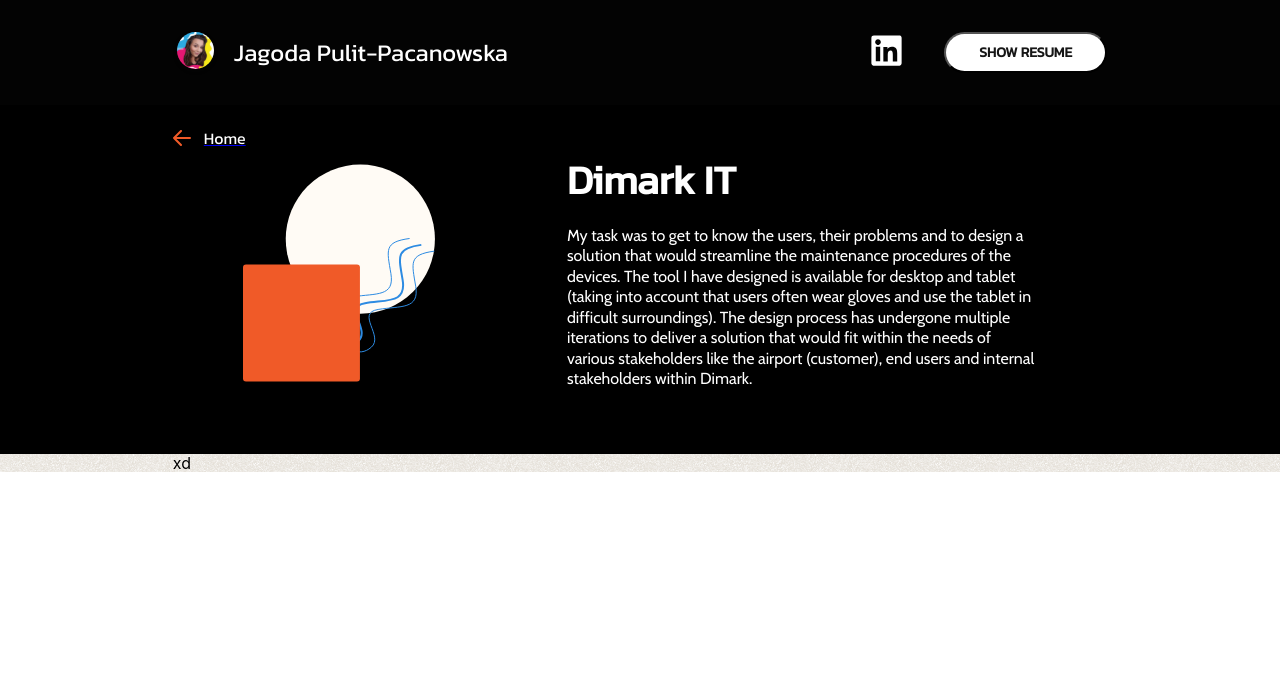
Repository: remigiuszpulit/ux-ui-portfolio
Page: /dimarkit
These files come from the project's save history. The page is drawn as it stood at one moment and after the next save; the edit follows.
The browser window is 1280 px wide. The pictures show the whole page.
The project was rebuilt for these pictures with package versions that can differ from the ones it lists, and the page was loaded fresh each time. Also part of the build but not shown: src/components/Card.js, src/pages/index.js.

Above is the page before, as saved 2022-10-03 21:49:45.

### public/index.html
<!DOCTYPE html>
<html lang="en">
  <head>
    <meta charset="utf-8" />
    <link rel="icon" href="%PUBLIC_URL%/avatar.svg" />
    <meta name="viewport" content="width=device-width, initial-scale=1" />
    <meta name="theme-color" content="#000000" />
    <meta
      name="description"
      content="Web site created using create-react-app"
    />
    <link rel="apple-touch-icon" href="%PUBLIC_URL%/avatar.svg" />
    <!--
      manifest.json provides metadata used when your web app is installed on a
      user's mobile device or desktop. See https://developers.google.com/web/fundamentals/web-app-manifest/
    -->
    <link rel="manifest" href="%PUBLIC_URL%/manifest.json" />
    <!--
      Notice the use of %PUBLIC_URL% in the tags above.
      It will be replaced with the URL of the `public` folder during the build.
      Only files inside the `public` folder can be referenced from the HTML.

      Unlike "/favicon.ico" or "favicon.ico", "%PUBLIC_URL%/favicon.ico" will
      work correctly both with client-side routing and a non-root public URL.
      Learn how to configure a non-root public URL by running `npm run build`.
    -->
    <title>Jagoda Pulit UX/UI Portfolio</title>
  </head>
  <body>
    <noscript>You need to enable JavaScript to run this app.</noscript>
    <div id="root"></div>
    <!--
      This HTML file is a template.
      If you open it directly in the browser, you will see an empty page.

      You can add webfonts, meta tags, or analytics to this file.
      The build step will place the bundled scripts into the <body> tag.

      To begin the development, run `npm start` or `yarn start`.
      To create a production bundle, use `npm run build` or `yarn build`.
    -->
  </body>
</html>

### src/index.js
import React from "react";
import ReactDOM from "react-dom/client";
import "./index.css";
import App from "./App";
import reportWebVitals from "./reportWebVitals";

const root = ReactDOM.createRoot(document.getElementById("root"));
root.render(
  // <React.StrictMode>
  <App />
  // </React.StrictMode> */
);

// If you want to start measuring performance in your app, pass a function
// to log results (for example: reportWebVitals(console.log))
// or send to an analytics endpoint. Learn more: https://bit.ly/CRA-vitals
reportWebVitals();

### src/App.js
import { BrowserRouter, Routes, Route, useLocation } from "react-router-dom";
import Navbar from "./components/Navbar";
import GlobalStyle from "./globalStyles";
import Index from "./pages";
import Dimark from "./pages/dimark";

function App() {
  return (
    <>
      <GlobalStyle />
      <BrowserRouter>
        <Navbar />
        <Routes>
          <Route path="/" element={<Index />} />
          <Route path="/dimarkit" element={<Dimark />} />
        </Routes>
      </BrowserRouter>
    </>
  );
}

export default App;

### src/components/Navbar.js
import React from "react";
import styled from "styled-components";
import avatar from "../static/avatar.svg";
import LinkedinIcon from "../static/LinkedinIcon.svg";
import LinkedinIconWhite from "../static/LinkedinIconWhite.svg";
import "@fontsource/kanit";
import { useLocation } from "react-router-dom";

function Navbar() {
  const location = useLocation();
  const isLight = location.pathname != "/";
  return (
    <NavContainer>
      <NavWrapper>
        <ItemsWrapper>
          <img src={avatar} alt="Avatar" />
          <LogoText isLight={isLight}>Jagoda Pulit-Pacanowska</LogoText>
        </ItemsWrapper>
        <ItemsWrapper>
          <a
            href="https://www.linkedin.com/in/jagoda-pulit/"
            target={"_blank"}
            rel="noreferrer"
          >
            <img
              src={isLight ? LinkedinIconWhite : LinkedinIcon}
              alt="LinkedinIcon"
            />
          </a>
          <ResumeButton isLight={isLight}>
            <ResumeButtonText isLight={isLight}>show resume</ResumeButtonText>
          </ResumeButton>
        </ItemsWrapper>
      </NavWrapper>
    </NavContainer>
  );
}

export default Navbar;

const NavContainer = styled.nav`
  height: 105px;
  background: rgba(232, 228, 222, 0.01);
  backdrop-filter: blur(3px);
  position: fixed;
  display: flex;
  width: 100%;
  justify-content: center;
`;

const NavWrapper = styled.div`
  width: 73%;
  display: flex;
  justify-content: center;
  align-items: center;
  flex-direction: column;
  @media (min-width: 768px) {
    justify-content: space-between;
    flex-direction: row;
    width: 73%;
  }
`;
const ItemsWrapper = styled.div`
  display: flex;
  align-items: center;
`;
const LogoText = styled.h3`
  margin-left: 16px;
  font-family: "Kanit";
  font-style: normal;
  font-weight: 500;
  font-size: 16px;
  @media (min-width: 768px) {
    font-size: 24px;
  }
  line-height: 124%;
  color: #161616;
  ${({ isLight }) =>
    isLight &&
    `
    color: white;
  `}
`;

const ResumeButton = styled.button`
  display: flex;
  flex-direction: row;
  width: 163px;
  height: 41px;
  justify-content: center;
  margin-left: 42px;
  align-items: center;
  padding: 10px;
  background: #161616;
  border-radius: 159px;
  ${({ isLight }) =>
    isLight &&
    `
    background: white;
  `}
`;

const ResumeButtonText = styled.h4`
  font-family: "Kanit";
  font-style: normal;
  font-weight: 600;
  font-size: 14px;
  line-height: 21px;
  /* identical to box height */

  text-transform: uppercase;

  color: #ffffff;

  /* Inside auto layout */
  ${({ isLight }) =>
    isLight &&
    `
    color: #161616;
  `}

  flex: none;
  order: 0;
  flex-grow: 0;
`;

### src/globalStyles.js
import { createGlobalStyle } from "styled-components";

const GlobalStyle = createGlobalStyle`
  /*! normalize.css v8.0.1 | MIT License | github.com/necolas/normalize.css */

/* Document
   ========================================================================== */

/**
 * 1. Correct the line height in all browsers.
 * 2. Prevent adjustments of font size after orientation changes in iOS.
 */

html {
  line-height: 1.15; /* 1 */
  -webkit-text-size-adjust: 100%; /* 2 */
}

/* Sections
   ========================================================================== */

/**
 * Remove the margin in all browsers.
 */

body {
  margin: 0;
}


main {
  display: block;
}


h1 {
  font-size: 2em;
  margin: 0.67em 0;
}

/* Grouping content
   ========================================================================== */

/**
 * 1. Add the correct box sizing in Firefox.
 * 2. Show the overflow in Edge and IE.
 */

hr {
  box-sizing: content-box; /* 1 */
  height: 0; /* 1 */
  overflow: visible; /* 2 */
}



pre {
  font-family: monospace, monospace; /* 1 */
  font-size: 1em; /* 2 */
}

/* Text-level semantics
   ========================================================================== */

/**
 * Remove the gray background on active links in IE 10.
 */

a {
  background-color: transparent;
}

/**
 * 1. Remove the bottom border in Chrome 57-
 * 2. Add the correct text decoration in Chrome, Edge, IE, Opera, and Safari.
 */

abbr[title] {
  border-bottom: none; /* 1 */
  text-decoration: underline; /* 2 */
  text-decoration: underline dotted; /* 2 */
}

/**
 * Add the correct font weight in Chrome, Edge, and Safari.
 */

b,
strong {
  font-weight: bolder;
}


code,
kbd,
samp {
  font-family: monospace, monospace; /* 1 */
  font-size: 1em; /* 2 */
}

/**
 * Add the correct font size in all browsers.
 */

small {
  font-size: 80%;
}



sub,
sup {
  font-size: 75%;
  line-height: 0;
  position: relative;
  vertical-align: baseline;
}

sub {
  bottom: -0.25em;
}

sup {
  top: -0.5em;
}

/* Embedded content
   ========================================================================== */

/**
 * Remove the border on images inside links in IE 10.
 */

img {
  border-style: none;
}

/* Forms
   ========================================================================== */

/**
 * 1. Change the font styles in all browsers.
 * 2. Remove the margin in Firefox and Safari.
 */

button,
input,
optgroup,
select,
textarea {
  font-family: inherit; /* 1 */
  font-size: 100%; /* 1 */
  line-height: 1.15; /* 1 */
  margin: 0; /* 2 */
}

/**
 * Show the overflow in IE.
 * 1. Show the overflow in Edge.
 */

button,
input { /* 1 */
  overflow: visible;
}

/**
 * Remove the inheritance of text transform in Edge, Firefox, and IE.
 * 1. Remove the inheritance of text transform in Firefox.
 */

button,
select { /* 1 */
  text-transform: none;
}

/**
 * Correct the inability to style clickable types in iOS and Safari.
 */

button,
[type="button"],
[type="reset"],
[type="submit"] {
  -webkit-appearance: button;
}

/**
 * Remove the inner border and padding in Firefox.
 */

button::-moz-focus-inner,
[type="button"]::-moz-focus-inner,
[type="reset"]::-moz-focus-inner,
[type="submit"]::-moz-focus-inner {
  border-style: none;
  padding: 0;
}

/**
 * Restore the focus styles unset by the previous rule.
 */

button:-moz-focusring,
[type="button"]:-moz-focusring,
[type="reset"]:-moz-focusring,
[type="submit"]:-moz-focusring {
  outline: 1px dotted ButtonText;
}

/**
 * Correct the padding in Firefox.
 */

fieldset {
  padding: 0.35em 0.75em 0.625em;
}



legend {
  box-sizing: border-box; /* 1 */
  color: inherit; /* 2 */
  display: table; /* 1 */
  max-width: 100%; /* 1 */
  padding: 0; /* 3 */
  white-space: normal; /* 1 */
}

/**
 * Add the correct vertical alignment in Chrome, Firefox, and Opera.
 */

progress {
  vertical-align: baseline;
}

/**
 * Remove the default vertical scrollbar in IE 10+.
 */

textarea {
  overflow: auto;
}

/**
 * 1. Add the correct box sizing in IE 10.
 * 2. Remove the padding in IE 10.
 */

[type="checkbox"],
[type="radio"] {
  box-sizing: border-box; /* 1 */
  padding: 0; /* 2 */
}

/**
 * Correct the cursor style of increment and decrement buttons in Chrome.
 */

[type="number"]::-webkit-inner-spin-button,
[type="number"]::-webkit-outer-spin-button {
  height: auto;
}

/**
 * 1. Correct the odd appearance in Chrome and Safari.
 * 2. Correct the outline style in Safari.
 */

[type="search"] {
  -webkit-appearance: textfield; /* 1 */
  outline-offset: -2px; /* 2 */
}

/**
 * Remove the inner padding in Chrome and Safari on macOS.
 */

[type="search"]::-webkit-search-decoration {
  -webkit-appearance: none;
}



::-webkit-file-upload-button {
  -webkit-appearance: button; /* 1 */
  font: inherit; /* 2 */
}

/* Interactive
   ========================================================================== */

/*
 * Add the correct display in Edge, IE 10+, and Firefox.
 */

details {
  display: block;
}

/*
 * Add the correct display in all browsers.
 */

summary {
  display: list-item;
}

/* Misc
   ========================================================================== */

/**
 * Add the correct display in IE 10+.
 */

template {
  display: none;
}

/**
 * Add the correct display in IE 10.
 */

[hidden] {
  display: none;
}

`;

export default GlobalStyle;

### src/pages/dimark.js
import React from "react";
import styled from "styled-components";
import grafika_dimark from "../static/grafika_dimark.svg";
import BackgroundLight from "../static/BackgroundLight.png";
import PageLayout from "../components/PageLayout";

const headParagraph =
  "My task was to get to know the users, their problems and to design a solution that would streamline the maintenance procedures of the devices. The tool I have designed is available for desktop and tablet (taking into account that users often wear gloves and use the tablet in difficult surroundings). The design process has undergone multiple iterations to deliver a solution that would fit within the needs of various stakeholders like the airport (customer), end users and internal stakeholders within Dimark.";

function Dimark(props) {
  return (
    <>
      <PageLayout
        color={"#F05A28"}
        logo={grafika_dimark}
        head={"Dimark IT"}
        par={headParagraph}
      >
        xd
      </PageLayout>
    </>
  );
}

export default Dimark;
const Page = styled.div`
  display: flex;
  justify-content: center;
  background-image: url(${BackgroundLight});
`;

const Container = styled.div`
  width: 73%;
`;

### src/components/PageLayout.js
import React from "react";
import styled from "styled-components";
import BackgroundLight from "../static/BackgroundLight.png";
import PageHead from "../components/PageHead";

function PageLayout({ color, logo, head, par, children }) {
  return (
    <>
      <PageHead color={color} logo={logo} head={head} par={par} />
      <Page>
        <Container>{children}</Container>
      </Page>
    </>
  );
}

export default PageLayout;
const Page = styled.div`
  display: flex;
  justify-content: center;
  background-image: url(${BackgroundLight});
`;

const Container = styled.div`
  width: 73%;
`;

### src/components/PageHead.js
import React from "react";
import { Link } from "react-router-dom";
import styled from "styled-components";
import ArrowLeft from "./ArrowLeft";

function PageHead({ color, logo, head, par }) {
  return (
    <Container>
      <Wrapper>
        <BackLink to={"/"}>
          <ArrowLeft color={color} />
          <BackLinkText>Home</BackLinkText>
        </BackLink>
        <HeadContainer>
          <HeadWrapper>
            <ImageContainer src={logo} />
            <TextContainer>
              <HeadText>{head}</HeadText>
              <HeadPar>{par}</HeadPar>
            </TextContainer>
          </HeadWrapper>
        </HeadContainer>
      </Wrapper>
    </Container>
  );
}

export default PageHead;

const Container = styled.div`
  display: flex;
  justify-content: center;

  background-color: black;
  padding-top: 150px;
  @media (min-width: 768px) {
    padding-top: 105px;
  }
`;

const Wrapper = styled.div`
  padding-top: 21px;
  width: 73%;
  display: flex;
  flex-direction: column;
`;

const BackLink = styled(Link)`
  display: flex;
  align-items: center;
`;

const BackLinkText = styled.span`
  font-family: "Kanit";
  font-style: normal;
  font-weight: 300;
  font-size: 16px;
  line-height: 24px;
  text-decoration: none;
  margin-left: 13px;
  /* identical to box height */

  color: #ffffff;
`;

const HeadContainer = styled.div`
  display: flex;
  justify-content: center;
`;

const HeadWrapper = styled.div`
  width: 100%;
  display: flex;
  flex-direction: column-reverse;
  gap: 20px;
  margin-bottom: 24px;

  @media (min-width: 992px) {
    width: 85%;
    flex-direction: row;
    justify-content: center;
    gap: 100px;
    margin-bottom: 48px;
  }
`;

const ImageContainer = styled.img`
  max-height: 250px;
`;

const TextContainer = styled.div`
  display: flex;
  flex-direction: column;
  align-items: flex-start;
`;

const HeadText = styled.h1`
  font-family: "Kanit";
  font-style: normal;
  font-weight: 700;
  font-size: 40px;
  margin: unset;
  line-height: 60px;
  /* identical to box height */

  text-align: center;

  color: #ffffff;
`;

const HeadPar = styled.p`
  font-family: "Cabin";
  font-style: normal;
  font-weight: 500;
  font-size: 16px;
  line-height: 128%;
  max-width: 670px;
  /* or 20px */

  color: #ffffff;
`;

### src/components/ArrowLeft.js
import React from "react";

function ArrowLeft({ color }) {
  return (
    <svg
      width="18"
      height="16"
      viewBox="0 0 18 16"
      fill="none"
      xmlns="http://www.w3.org/2000/svg"
    >
      <path
        d="M1 8L17 8M8 1L1 8L8 15"
        stroke={`${color}`}
        stroke-width="2"
        stroke-linecap="round"
        stroke-linejoin="round"
      />
    </svg>
  );
}

export default ArrowLeft;

### src/components/Footer.js
import React from "react";
import styled from "styled-components";
import ArrowUp from "./ArrowUp";

function Footer({ color }) {
  return (
    <Container>
      <Wrapper>
        <Text>
          If you want to get to know more about the details of the processes I
          have designed or want to find out about other projects I have been
          working on, feel free to reach out to me, I’ll be happy to tell you
          more ;)
        </Text>
        <Button>
          <ArrowUp color={color} />
          <ButtonText>Back to top</ButtonText>
        </Button>
      </Wrapper>
    </Container>
  );
}

export default Footer;

const Container = styled.div`
  background: #161616;
  padding-top: 64px;
`;

const Wrapper = styled.div`
  width: 73%;
  display: flex;
  flex-direction: column;
`;

const Text = styled.p`
  font-family: "Cabin";
  font-style: normal;
  font-weight: 500;
  font-size: 16px;
  line-height: 128%;
  /* or 20px */

  color: #ffffff;
`;

const Button = styled.button`
  background: none;
  border: none;
  display: flex;
`;

const ButtonText = styled.span`
  font-family: "Kanit";
  font-style: normal;
  font-weight: 600;
  font-size: 20px;
  line-height: 30px;
  /* identical to box height */

  color: #ffffff;
`;

### src/components/ArrowUp.js
import React from "react";

function ArrowUp({ color }) {
  return (
    <svg
      width="24"
      height="24"
      viewBox="0 0 24 24"
      fill="none"
      xmlns="http://www.w3.org/2000/svg"
    >
      <path
        d="M12 4L12 20M19 11L12 4L5 11"
        stroke={`${color}`}
        stroke-width="2"
        stroke-linecap="round"
        stroke-linejoin="round"
      />
    </svg>
  );
}

export default ArrowUp;

Loaded but not shown: src/index.css (common file); src/reportWebVitals.js (common file)

After the next save:
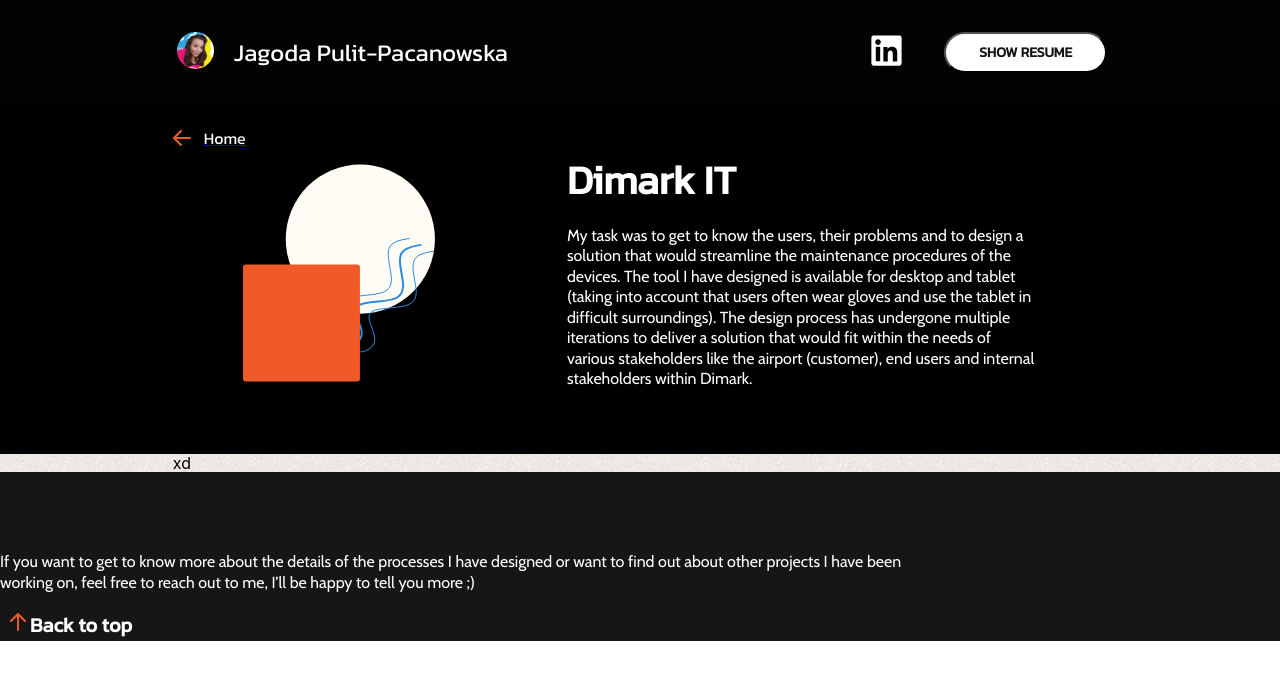
Saved 20 s later.
--- a/src/components/PageLayout.js
+++ b/src/components/PageLayout.js
@@ -2,6 +2,7 @@
 import styled from "styled-components";
 import BackgroundLight from "../static/BackgroundLight.png";
 import PageHead from "../components/PageHead";
+import Footer from "./Footer";
 
 function PageLayout({ color, logo, head, par, children }) {
   return (
@@ -10,6 +11,7 @@
       <Page>
         <Container>{children}</Container>
       </Page>
+      <Footer color={color} />
     </>
   );
 }
